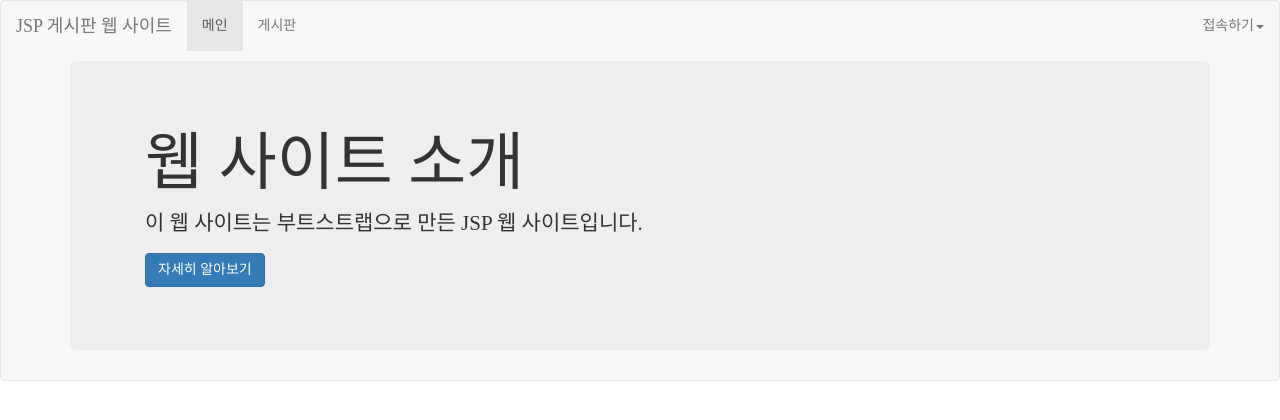
Repository: winter9388/JSP_BBS
Page: http://localhost/BBS/main.jsp
An editor plug-in stored every save of this project. The page is shown before and after the next save, followed by the edit.
The browser window is 1280 px wide. The pictures show the whole page.
Some web fonts or font styles are not loaded; a fallback is used. Some web libraries are served in a nearby version. The page is served by Tomcat 9.

Above is the page before, as saved 2022-08-18 12:20:49.

After the next save:
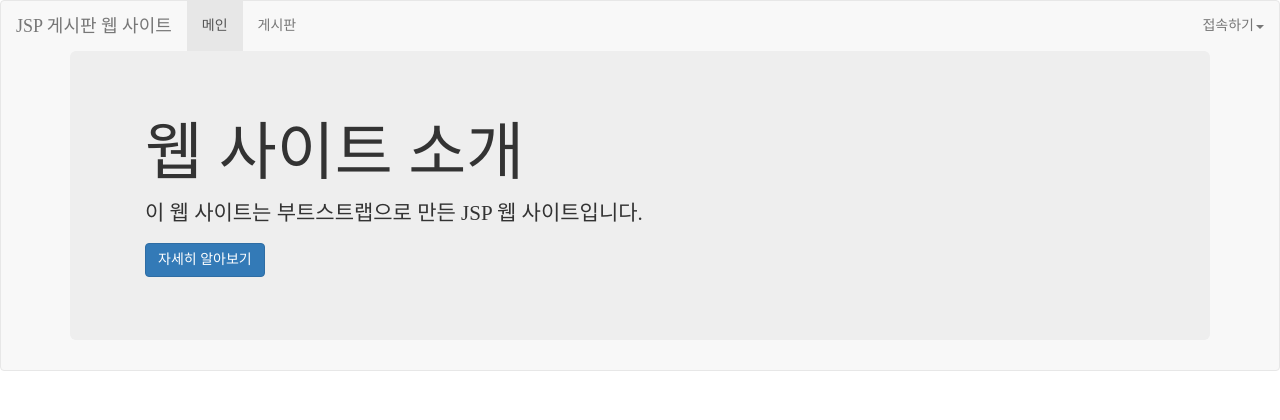
Saved 37 s later.
--- a/BBS/src/main/webapp/css/custom.css
+++ b/BBS/src/main/webapp/css/custom.css
@@ -7,6 +7,3 @@
 h1 {
 	font-family : 'Hanna';
 }
-.jumbotron {
-	margin-top : 10px;
-}
